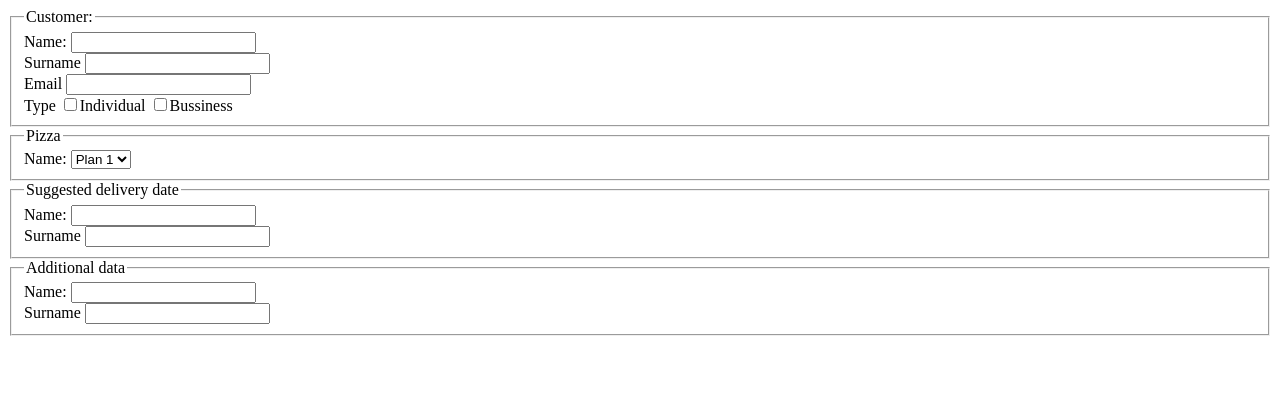
Repository: wisni4k/html-trainee
Page: testWeb/WebContent/Formularz.html
The author's editor kept a copy of each file at every save. The page is drawn from the files as they stood at one save, then again after the next save.
The browser window is 1280 px wide. The pictures show the whole page.

Above is the page before, as saved 2015-07-10 11:32:44.

After the next save:
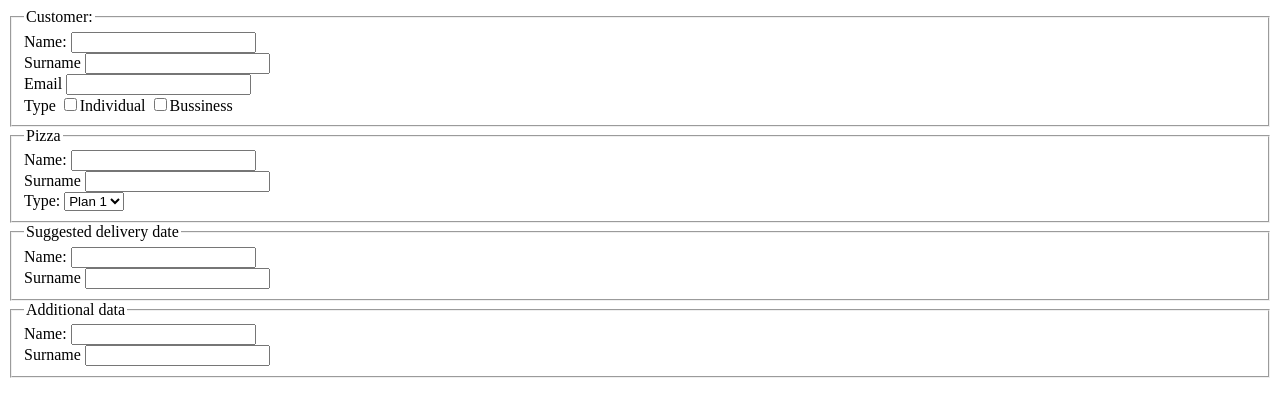
Saved 25 s later.
--- a/testWeb/WebContent/Formularz.html
+++ b/testWeb/WebContent/Formularz.html
@@ -17,7 +17,8 @@
 
 		<fieldset>
 			<legend>Pizza</legend>
-			Name: <select name="decision">
+			Name: <input type="text"><br> Surname <input type="text"><br>
+			Type: <select name="decision">
 				<option selected>Plan 1
 				<option>Plan 2
 				<option>Plan 3
